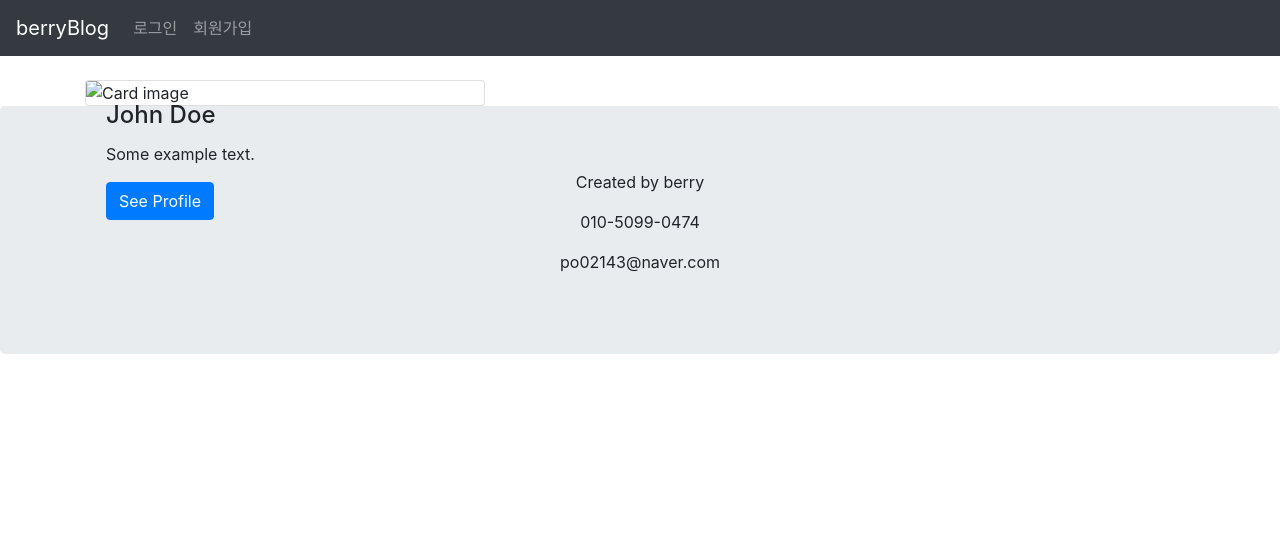
Repository: dlehsals/SpringBootBlog
Page: http://localhost/blog/WEB-INF/views/board/index.jsp
An editor plug-in stored every save of this project. The page is shown before and after the next save, followed by the edit.
The browser window is 1280 px wide. The pictures show the whole page.
The page is served by Tomcat 9. Nobody is signed in. Other server files are loaded and not shown. The template is opened directly, without the code that normally fills it, so the values that code supplies are empty.

Above is the page before, as saved 2022-01-08 14:44:02.
Not found: blog/blog/WEB-INF/views/board/img_avatar1.png

### blog/src/main/webapp/WEB-INF/views/board/index.jsp
<%@ page language="java" contentType="text/html; charset=EUC-KR" pageEncoding="EUC-KR"%>
<!DOCTYPE html>
<html lang="en">
<head>
  <title>Bootstrap Example</title>
  <meta charset="utf-8">
  <meta name="viewport" content="width=device-width, initial-scale=1">
  <link rel="stylesheet" href="https://cdn.jsdelivr.net/npm/bootstrap@4.6.1/dist/css/bootstrap.min.css">
  <script src="https://cdn.jsdelivr.net/npm/jquery@3.5.1/dist/jquery.slim.min.js"></script>
  <script src="https://cdn.jsdelivr.net/npm/popper.js@1.16.1/dist/umd/popper.min.js"></script>
  <script src="https://cdn.jsdelivr.net/npm/bootstrap@4.6.1/dist/js/bootstrap.bundle.min.js"></script>
</head>
<body>

<nav class="navbar navbar-expand-md bg-dark navbar-dark">
  <a class="navbar-brand" href="/blog">berryBlog</a>
  <button class="navbar-toggler" type="button" data-toggle="collapse" data-target="#collapsibleNavbar">
    <span class="navbar-toggler-icon"></span>
  </button>
  <div class="collapse navbar-collapse" id="collapsibleNavbar">
    <ul class="navbar-nav">
      <li class="nav-item">
        <a class="nav-link" href="/user/login">로그인</a>
      </li>
      <li class="nav-item">
        <a class="nav-link" href="/user/join">회원가입</a>
      </li>
    </ul>
  </div>
</nav>
<br>

<!-- content start-->
<div class="container">
 <div class="card" style="width:400px">
  <img class="card-img-top" src="img_avatar1.png" alt="Card image">
  <div class="card-img-overlay">
    <h4 class="card-title">John Doe</h4>
    <p class="card-text">Some example text.</p>
    <a href="#" class="btn btn-primary">See Profile</a>
  </div>
</div>
</div>
<!-- content end -->

<!-- footer start -->
<div class="jumbotron text-center" style="margin-bottom:0">
  <p>Created by berry</p>
  <p>010-5099-0474</p>
  <p>po02143@naver.com</p>
</div>
<!-- footer end -->
</body>
</html>

After the next save:
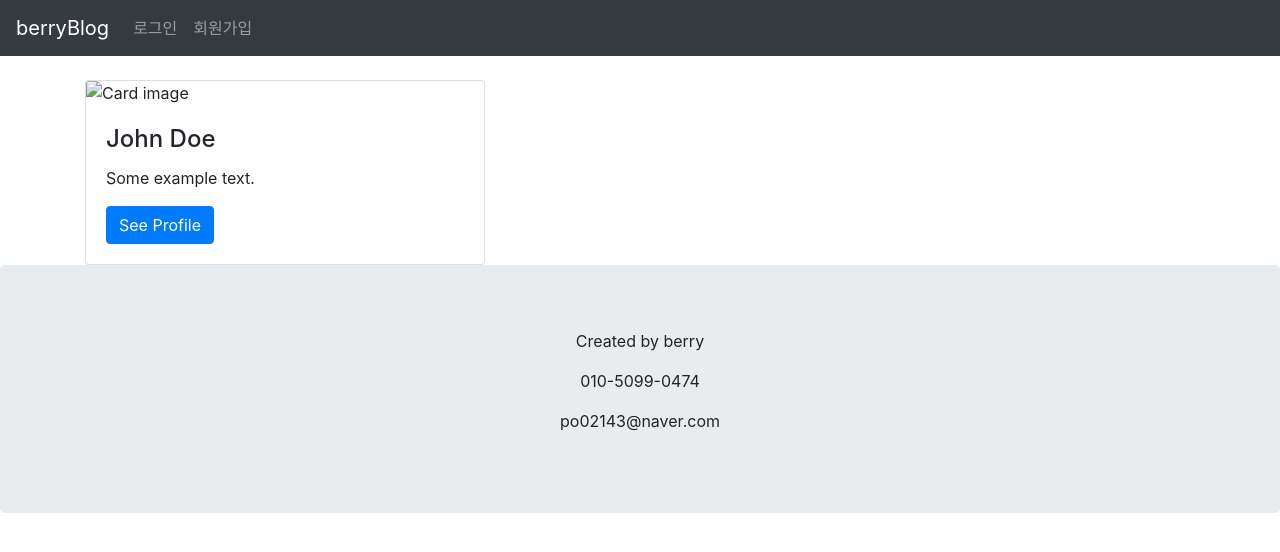
Saved 3 min 20 s later.
--- a/blog/src/main/webapp/WEB-INF/views/board/index.jsp
+++ b/blog/src/main/webapp/WEB-INF/views/board/index.jsp
@@ -34,7 +34,7 @@
 <div class="container">
  <div class="card" style="width:400px">
   <img class="card-img-top" src="img_avatar1.png" alt="Card image">
-  <div class="card-img-overlay">
+  <div class="card-body">
     <h4 class="card-title">John Doe</h4>
     <p class="card-text">Some example text.</p>
     <a href="#" class="btn btn-primary">See Profile</a>
